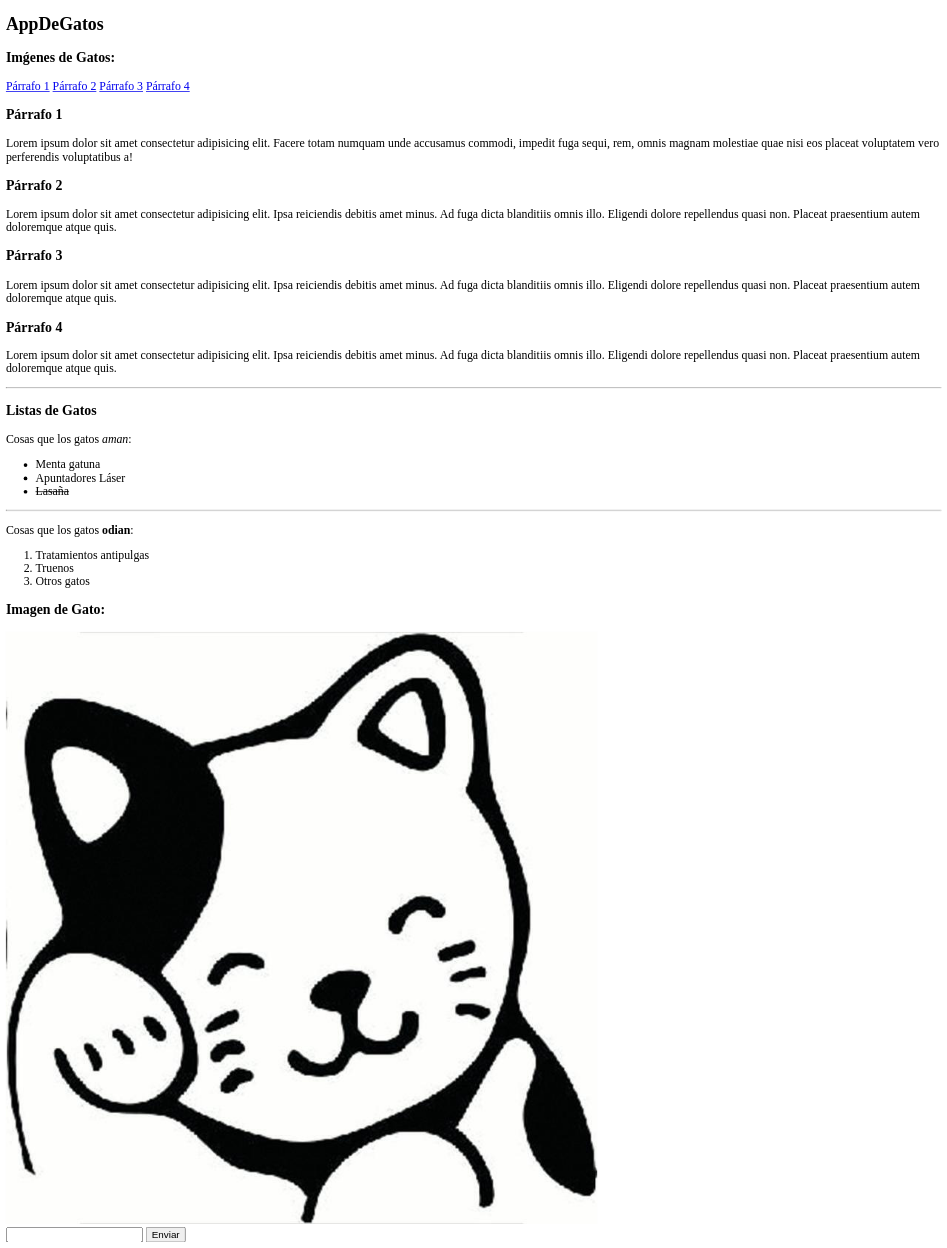
Repository: pedro-donoso/curso-html---css
Page: index.html
These files come from the project's save history. The page is drawn as it stood at one moment and after a run of saves; the edit follows.
The browser window is 1280 px wide. The pictures show the whole page, at 74% of full size.

Above is the page before, as saved 2023-11-07 00:45:49.

### index.html
<!DOCTYPE html>
<html lang="es">

<head>
  <meta charset="UTF-8">
  <meta name="viewport" content="width=device-width, initial-scale=1.0">
  <title>Curso HTML & CSS</title>
</head>

<body>
  <h2>AppDeGatos</h2>
  <main>
    <h3>Imǵenes de Gatos:</h3>

   <a href="#parrafo-1">Párrafo 1</a>
   <a href="#parrafo-2">Párrafo 2</a>
   <a href="#parrafo-3">Párrafo 3</a>
   <a href="#parrafo-4">Párrafo 4</a>

   <h3 id="parrafo-1">Párrafo 1</h3>

   <p>Lorem ipsum dolor sit amet consectetur adipisicing elit. Facere totam numquam unde accusamus commodi, impedit fuga sequi, rem, omnis magnam molestiae quae nisi eos placeat voluptatem vero perferendis voluptatibus a!</p>

   <h3 id="parrafo-2">Párrafo 2</h3>

   <p>Lorem ipsum dolor sit amet consectetur adipisicing elit. Ipsa reiciendis debitis amet minus. Ad fuga dicta blanditiis omnis illo. Eligendi dolore repellendus quasi non. Placeat praesentium autem doloremque atque quis.</p>

   <h3 id="parrafo-3">Párrafo 3</h3>

   <p>Lorem ipsum dolor sit amet consectetur adipisicing elit. Ipsa reiciendis debitis amet minus. Ad fuga dicta blanditiis omnis illo. Eligendi dolore repellendus quasi non. Placeat praesentium autem doloremque atque quis.</p>

   <h3 id="parrafo-4">Párrafo 4</h3>

   <p>Lorem ipsum dolor sit amet consectetur adipisicing elit. Ipsa reiciendis debitis amet minus. Ad fuga dicta blanditiis omnis illo. Eligendi dolore repellendus quasi non. Placeat praesentium autem doloremque atque quis.</p>

   <hr>

  <h3>Listas de Gatos</h3>

  <p>Cosas que los gatos <em>aman</em>:</p>
  <ul>
    <li>Menta gatuna</li>
    <li>Apuntadores Láser</li>
    <li><s>Lasaña</s></li>
  </ul>

  <hr>

  <p>Cosas que los gatos <strong>odian</strong>:</p>
  <ol>
    <li>Tratamientos antipulgas</li>
    <li>Truenos</li>
    <li>Otros gatos</li>
  </ol>



    <h3>Imagen de Gato:</h3>
  <a href="https://www.freecodecamp.org/espanol/" target="_blank" rel="noopener noreferrer"><img src="./assets/img/gato.jpg" alt="gato"></a>

  <form action="/enviar-respuesta">
    <input type="text" >
    <button type="submit">Enviar</button>
  </form>

  </main>
</body>

</html>

After the next 2 saves:
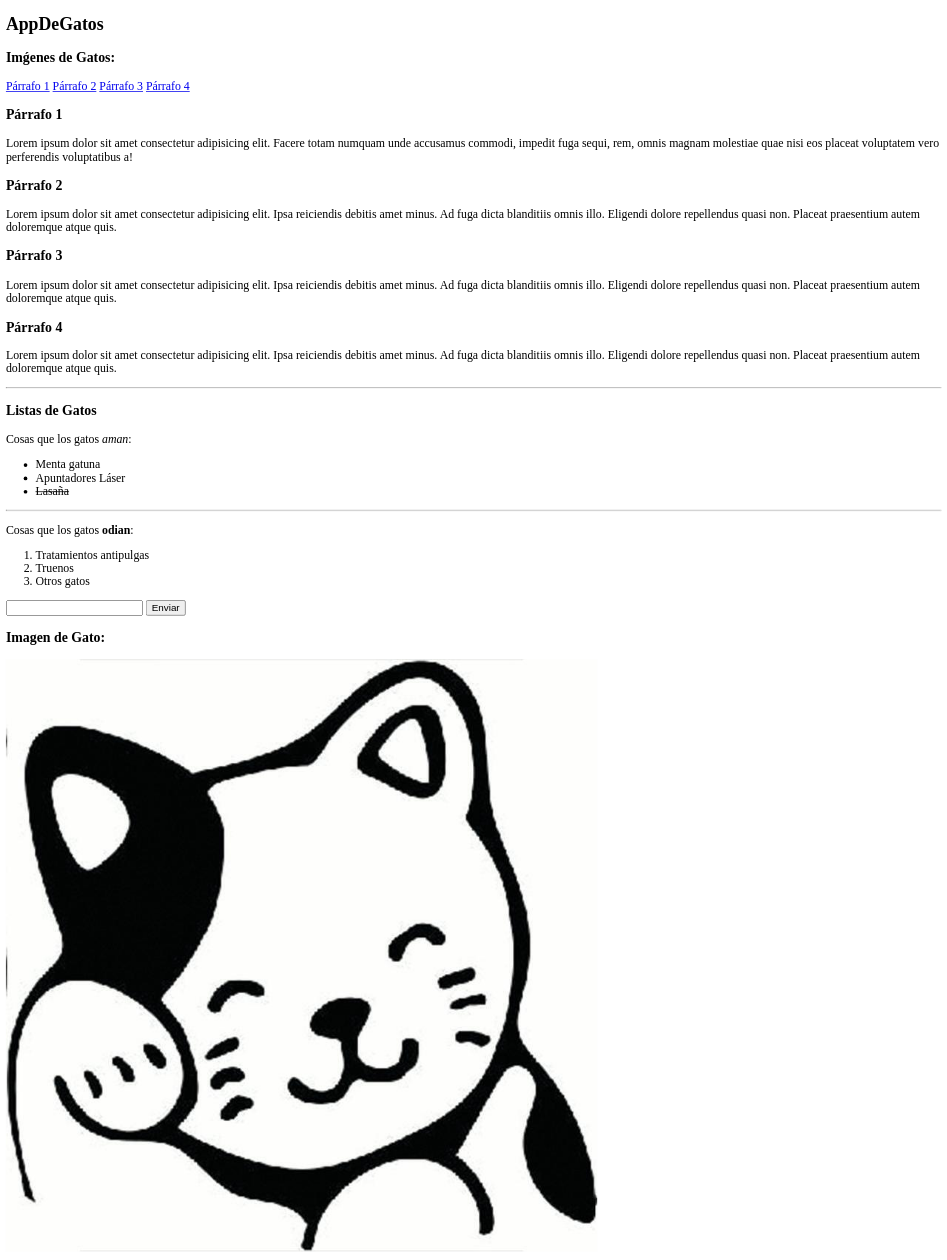
The 2 saves are shown as one change because they came seconds apart.
The last was saved 16 s later.
--- a/index.html
+++ b/index.html
@@ -53,16 +53,16 @@
     <li>Otros gatos</li>
   </ol>
 
-
-
-    <h3>Imagen de Gato:</h3>
-  <a href="https://www.freecodecamp.org/espanol/" target="_blank" rel="noopener noreferrer"><img src="./assets/img/gato.jpg" alt="gato"></a>
-
   <form action="/enviar-respuesta">
     <input type="text" >
     <button type="submit">Enviar</button>
   </form>
 
+    <h3>Imagen de Gato:</h3>
+  <a href="https://www.freecodecamp.org/espanol/" target="_blank" rel="noopener noreferrer"><img src="./assets/img/gato.jpg" alt="gato"></a>
+
+
+
   </main>
 </body>
 
